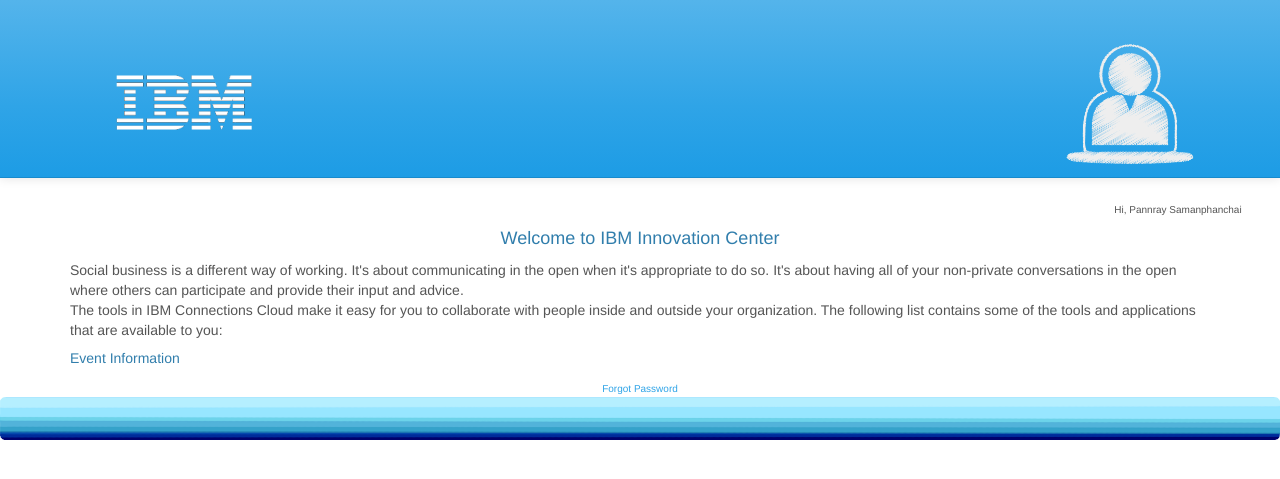
Repository: InnovationCenterOrg/InnovationCustomer
Page: http://localhost/InnovationCustomer/view/test.jsp
An editor plug-in stored every save of this project. The page is shown before and after the next save, followed by the edit.
The browser window is 1280 px wide. The pictures show the whole page.
Some web libraries are served in a nearby version. The page is served by Tomcat 9.

Above is the page before, as saved 2016-03-03 04:30:55.

After the next save:
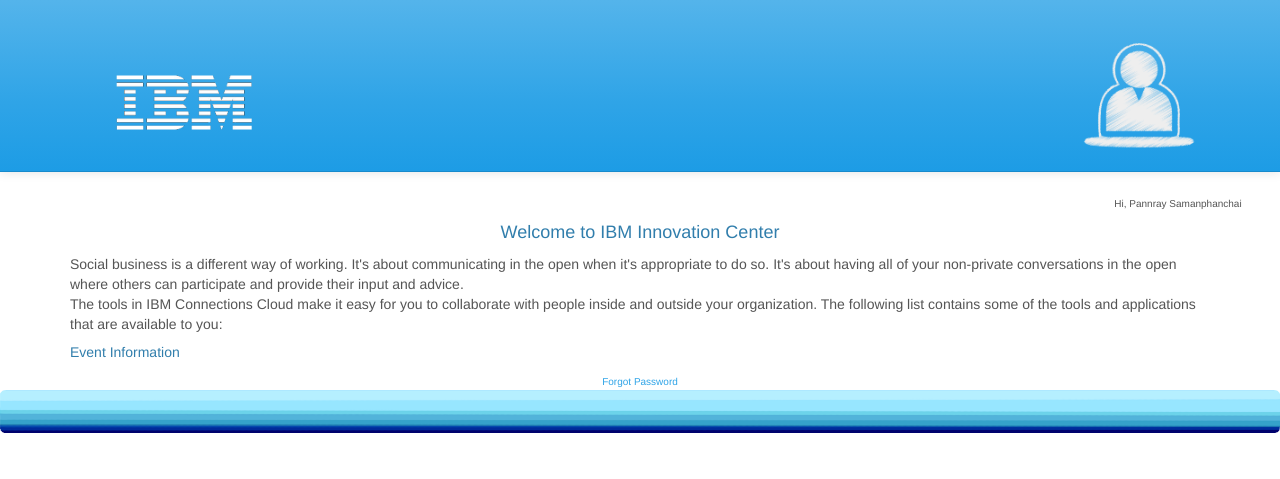
Saved 8 s later.
--- a/InnovationCustomer/WebContent/view/test.jsp
+++ b/InnovationCustomer/WebContent/view/test.jsp
@@ -25,7 +25,7 @@
 			</div>
 			<div>
 			  	<a class="btn dropdown-toggle" data-toggle="dropdown" href="#" style="width: 80%">
-			    	<img style="margin-top: 3%" align="right" class="img-responsive" src="profile_icon_3.ico" width="15%" height="15%"/>
+			    	<img style="margin-top: 3%" align="right" class="img-responsive" src="profile_icon_3.ico" width="13%" height="13%"/>
 			 	 </a>
 			  	<ul class="dropdown-menu  pull-right" role="menu">
 			    	<li style="background-color: #75c3f0"><a tabindex="-1" href="ViewProfileInitAction">Profile Setting</a></li>
